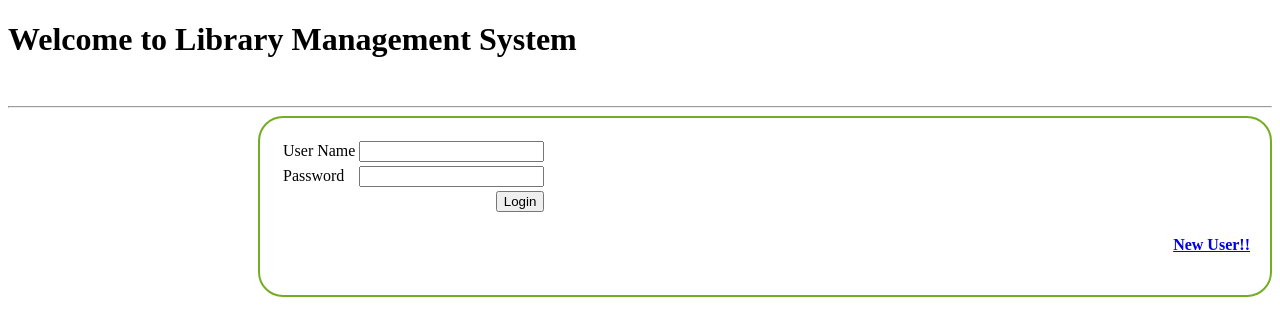
Repository: paragpatidar/LibraryManagementSystem
Page: http://localhost/LibraryManagementSystemSpring/
An editor plug-in stored every save of this project. The page is shown before and after the next save, followed by the edit.
The browser window is 1280 px wide. The pictures show the whole page.
The page is served by Tomcat 9. Nobody is signed in. The application's start-up code is not run. Other server files are loaded and not shown.

Above is the page before, as saved 2017-11-08 04:24:26.

### LibraryManagementSystemSpring/WebContent/index.jsp
<%@ page language="java" contentType="text/html; charset=ISO-8859-1"
	pageEncoding="ISO-8859-1"%>
<!DOCTYPE html PUBLIC "-//W3C//DTD HTML 4.01 Transitional//EN" "http://www.w3.org/TR/html4/loose.dtd">
<html>
<head>
<meta http-equiv="Content-Type" content="text/html; charset=ISO-8859-1">
<title>Insert title here</title>
<style>
#form {
    border-radius: 25px;
    border: 2px solid #73AD21;
    padding: 20px;
    margin-right : 27ss0px;
    margin-left : 250px;
}
</style>

</head>
<body>
	<h1>Welcome to Library Management System</h1>
	<br>
	<hr>
	<div id="form">
	<form action="login.htm" method="post">
		<table>
			<tr>
				<td>User Name</td>
				<td><input type="text" name="userName"></td>
			</tr>
			<tr>
				<td>Password</td>
				<td><input type="password" name="password"></td>
			</tr>
			<tr>
				<td colspan="2" align="right"><input type="submit" name="submit" value="Login"></td>
			</tr>
		</table>
	</form>
	<h4 align="right"><a href="newUser.htm">New User!!</a></h4>
	</div>
</body>
</html>

After the next save:
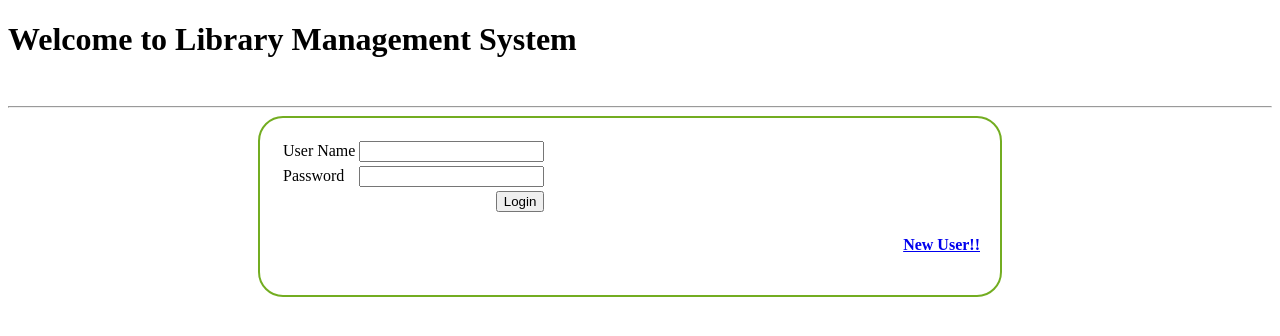
Saved 36 s later.
--- a/LibraryManagementSystemSpring/WebContent/index.jsp
+++ b/LibraryManagementSystemSpring/WebContent/index.jsp
@@ -10,7 +10,7 @@
     border-radius: 25px;
     border: 2px solid #73AD21;
     padding: 20px;
-    margin-right : 27ss0px;
+    margin-right : 270px;
     margin-left : 250px;
 }
 </style>
